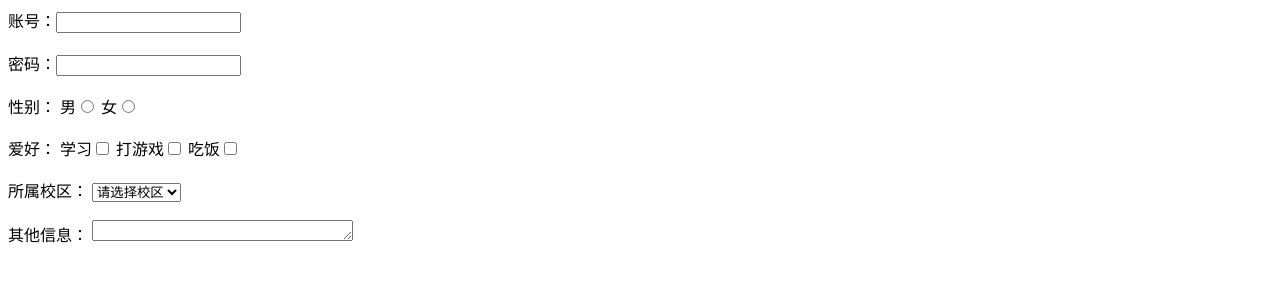
Repository: Lconfident/Learning_Process
Page: Vue/vue_basic/13__收集表单数据/1.收集表单数据.html
An editor plug-in stored every save of this project. The page is shown before and after the next save, followed by the edit.
The browser window is 1280 px wide. The pictures show the whole page.

Above is the page before, as saved 2023-07-22 10:31:10.

After the next save:
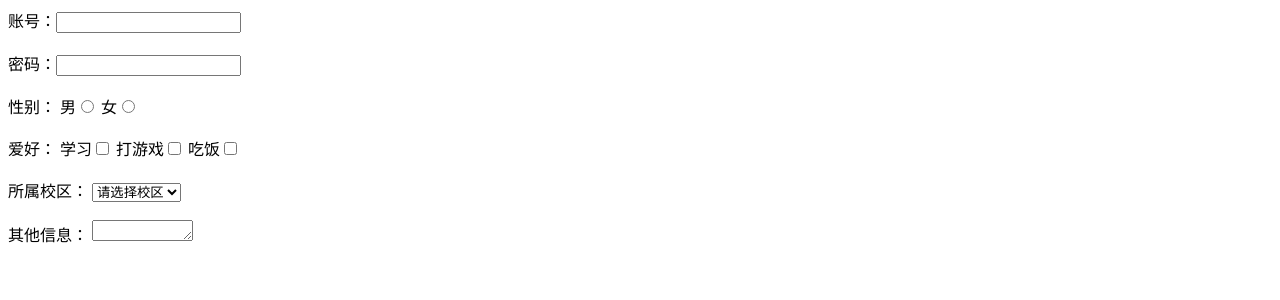
Saved 5 s later.
--- a/Vue/vue_basic/13__收集表单数据/1.收集表单数据.html
+++ b/Vue/vue_basic/13__收集表单数据/1.收集表单数据.html
@@ -31,7 +31,7 @@
                 <option value="shenzhen">深圳</option>
             </select><br><br>
             其他信息：
-            <textarea cols="30" rows="1"></textarea>
+            <textarea cols="10" rows="1"></textarea>
         </form>
     </div>
 
